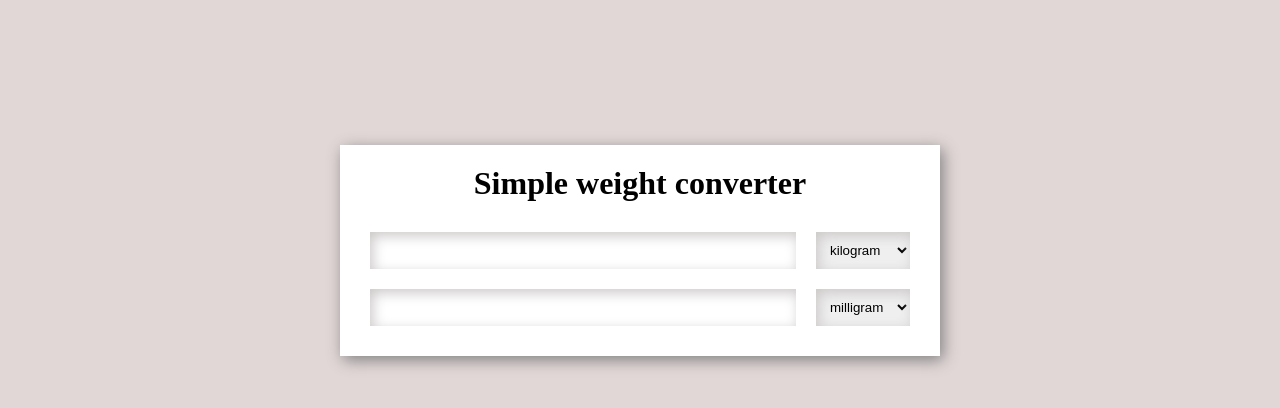
Repository: Eugene44-hub/weight-converter
Page: index.html
An editor plug-in stored every save of this project. The page is shown before and after a run of saves, followed by the edit.
The browser window is 1280 px wide. The pictures show the whole page.

Above is the page before, as saved 2021-09-20 05:21:03.

After the next 2 saves:
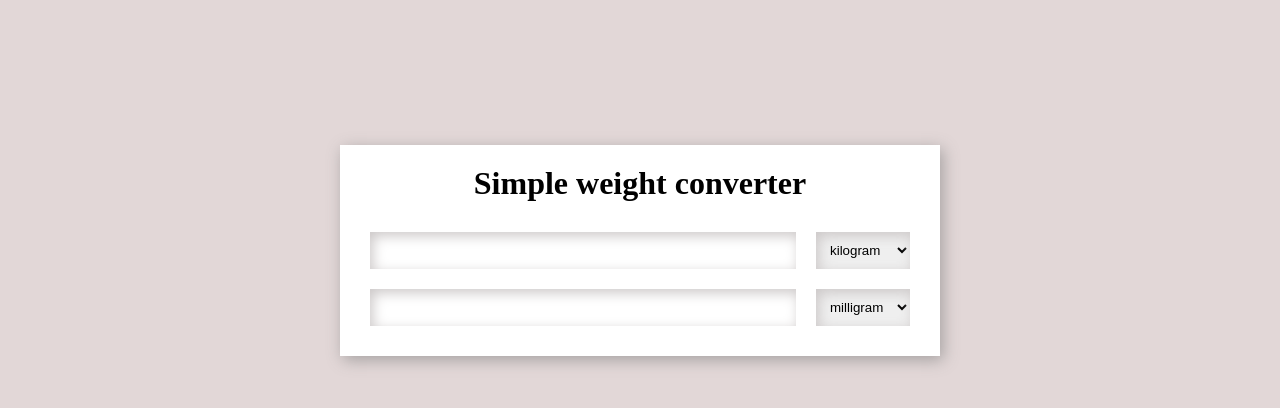
The 2 saves are shown as one change because they came seconds apart.
The last was saved 16 s later.
--- a/style.css
+++ b/style.css
@@ -33,7 +33,7 @@ select {
     margin: auto;
     max-width: 600px;
     background-color: white;
-    box-shadow: 3px 4px 15px grey;
+    box-shadow: 3px 4px 15px rgb(165, 161, 161);
 }
 
 select,
